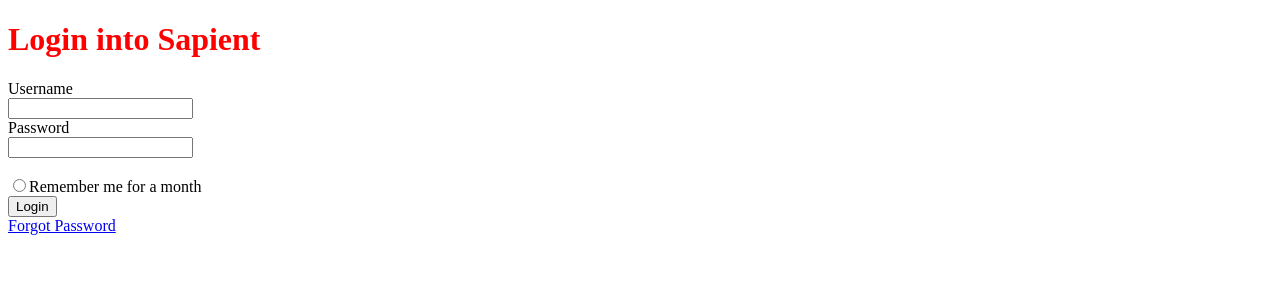
Repository: sauran/SapientTraining
Page: DemoProject/WebContent/Login.html
The author's editor kept a copy of each file at every save. The page is drawn from the files as they stood at one save, then again after the next save.
The browser window is 1280 px wide. The pictures show the whole page.

Above is the page before, as saved 2015-09-16 05:57:20.

After the next save:
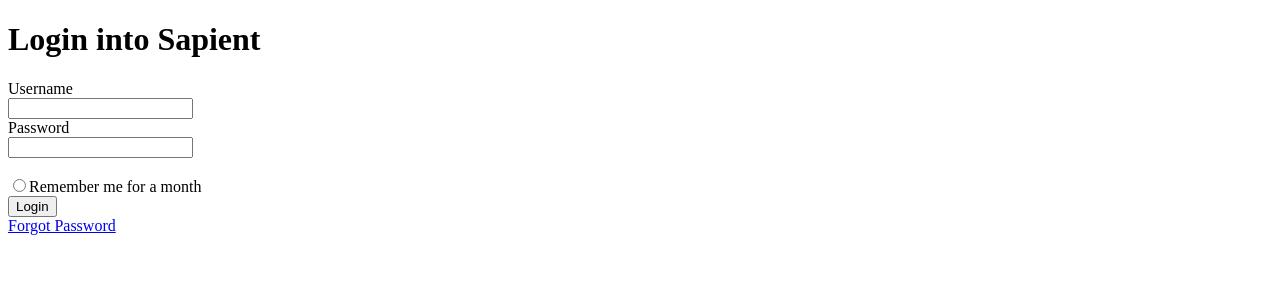
Saved 18 s later.
--- a/DemoProject/WebContent/Login.html
+++ b/DemoProject/WebContent/Login.html
@@ -8,7 +8,7 @@
 <body>
 
 <div>
-<h1 style="color: red" "text-align="right">Login into Sapient</h1>
+<h1 >Login into Sapient</h1>
 	<form action="" method="get" id="Loginform">
 		Username <br> <input type="text" name="username"><br>
 		Password<br> <input type="password" name="password"><br>
